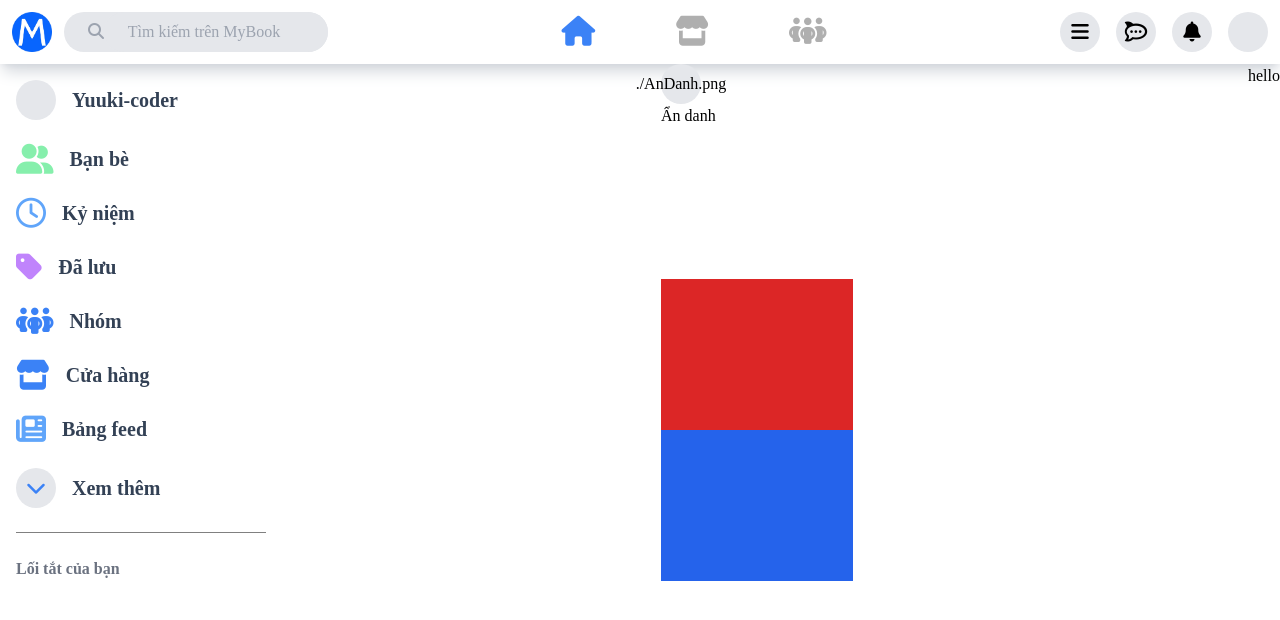
Repository: Yuukicoder/MyBook
Page: / (app in mybook/)
These files come from the project's save history. The page is drawn as it stood at one moment and after the next save; the edit follows.
The browser window is 1280 px wide. The pictures show the whole page.
The project was rebuilt for these pictures with package versions that can differ from the ones it lists, and the page was loaded fresh each time.

Above is the page before, as saved 2023-12-14 09:23:25.

### mybook/src/index.js
import React from 'react';
import ReactDOM from 'react-dom/client';
import './index.css';
import App from './App';
import reportWebVitals from './reportWebVitals';

const root = ReactDOM.createRoot(document.getElementById('root'));
root.render(
  <React.StrictMode >
  <App / >
  </React.StrictMode>
);

// If you want to start measuring performance in your app, pass a function
// to log results (for example: reportWebVitals(console.log))
// or send to an analytics endpoint. Learn more: https://bit.ly/CRA-vitals
reportWebVitals();

### mybook/src/index.css
@tailwind base;
@tailwind components;
@tailwind utilities;
  @import url('https://fonts.googleapis.com/css2?family=Arima:wght@100;200;300;400;500;700&display=swap');
*{
  margin: 0;
  padding: 0;
  box-sizing: border-box;
  font-family: Arima;
  /* border: 1px solid black; */
}
body{
  width: 100%;
  height: 100vh;
}

### mybook/src/App.js
import './App.css';
import '@fortawesome/fontawesome-free/css/all.min.css';
import Navbar from './Navbar'
import Option from './Option'
import News from './News';
import Friend_contact from './Friend_contact';
 var App = () =>
(
    <div class="">
        <Navbar/>
        <div class="flex justify-between">
        <Option name="Yuuki-coder"/>
        <News/>
        <Friend_contact/>
        </div>

    </div>
)

export default App;

### mybook/src/App.css
:root{
  --text-color: rgb(175, 175, 175);
  --bg-icon-color: #e5e7eb;
}
.avatar{
  width: 40px;
  height: 40px;
  background-color: var(--bg-icon-color);
  border-radius: 50%;
  display: flex;
  align-items: center;
  justify-content: center;
}

### mybook/src/Navbar.js
import './Navbar.css'
import '@fortawesome/fontawesome-free/css/all.min.css';

var Navbar = () =>(


    <div class="flex items-center justify-between  w-screen py-3 px-3  shadow-lg shadow-gray-300">
        <div class="flex">

    <div class="Navbar_icon pr-3">
        <img class="w-10 h-10" src='iconMyBook.png' alt=""></img>
    </div>
    <div class="Navbar_search h-10 bg-gray-200 rounded-3xl">
        <label class=" text-center h-full pl-6"for="">
    <i class="fa-solid fa-magnifying-glass text-gray-400" ></i>
        </label>

        <input class="rounded-3xl text-center h-full pr-6 bg-gray-200" type="text" placeholder="Tìm kiếm trên MyBook"></input>
        </div>

    </div>
    <div class="  Navbar_selection">
        <ul class="flex gap-20">
            <li>
            <i class="fa-solid fa-house text-blue-500"></i>
            </li>
            <li>
            <i class="fa-solid fa-store"></i>
            </li>
            <li> <i class="fa-solid fa-people-group"></i></li>
        </ul>
    </div>
    <div class="Navbar_option">
        <ul class="flex gap-4 items-center">
            <li>
            <div class="avatar">

                <i class="fa-solid fa-bars"></i>
            </div>
                </li>
            <li>
            <div class="avatar">

                <i class="fa-brands fa-rocketchat"></i>
            </div>
                </li>
            <li>
            <div class="avatar">

                <i class="fa-solid fa-bell"></i>
            </div>
                </li>
            <li><div class="avatar"></div></li>
        </ul>
    </div>
    </div>
)
export default Navbar;

### mybook/src/Option.js
import './Option.css'
// var ButtonCollapse = () =>{

//     var collapse = document.getElementById('collapse');
// }


var Option = (x) => {
    function sayHello(name) {
        alert(`hello, ${name}`);
      }

    return (
    <div class="mt-4 ml-4  grid gap-6">

    <div class="flex gap-4 items-center box ">
        <div class="avatar">
        </div>
        <p class="font-semibold text-xl text-slate-700">{x.name}</p>

    </div>
    <div class="flex gap-4 items-center box">
    <i class="fa-solid fa-user-group text-green-300"></i>
        <p class="font-semibold text-xl text-slate-700">Bạn bè</p>

    </div>
    <div class="flex gap-4 items-center box ">
    <i class="fa-regular fa-clock text-blue-400"></i>
        <p class="font-semibold text-xl text-slate-700">Kỷ niệm</p>

    </div>
    <div class="flex gap-4 items-center box ">
    <i class="fa-solid fa-tag text-purple-400"></i>
        <p class="font-semibold text-xl text-slate-700">Đã lưu</p>

    </div>
    <div class="flex gap-4 items-center box ">
    <i class="fa-solid fa-people-group text-blue-500"></i>
        <p class="font-semibold text-xl text-slate-700">Nhóm</p>

    </div>
    <div class="flex gap-4 items-center box ">
    <i class="fa-solid fa-store text-blue-500"></i>
        <p class="font-semibold text-xl text-slate-700">Cửa hàng</p>

    </div>
    <div class="flex gap-4 items-center box ">
        <i class="fa-solid fa-newspaper text-blue-400"></i>
        <p class="font-semibold text-xl text-slate-700">Bảng feed</p>

    </div>
    <div class="flex gap-4 items-center box " >
        <div class="avatar">
    <i class="fa-solid fa-chevron-down text-blue-500 "></i>
        </div>
        <button class="font-semibold text-xl text-slate-700" onclick={sayHello}>Xem thêm</button>

    </div>
    <div class="line"></div>
    <p class="text-base font-semibold text-gray-500">Lối tắt của bạn</p>
    </div>
)}
export default Option

### mybook/src/News.js
var Story_Page = (x) => (
    <div class="">
        <div class="avatar">{x.avatar||"./AnDanh.png"}</div>
        <div class="author ">{x.author||"Ẩn danh"}</div>
    </div>
    )
var News = () =>(
    <div class="grid">
        <div class="News_Story ">
            <div class="Story_Page w-48">
                <Story_Page></Story_Page>
            </div>
        </div>
        <div class="News_Tools bg-red-600"></div>
        <div class="News_Page bg-blue-600"></div>
    </div>

)
export default News;

### mybook/src/Friend_contact.js
var Friend_contact = () =>(
    <p>hello</p>
)
export default Friend_contact;

### mybook/src/Navbar.css
:root{
    --text-color: rgb(175, 175, 175);
    --bg-icon-color: #e5e7eb;
  }
  ul i{
  color: var(--text-color);
  font-size: 30px;
  }

  .Navbar_option ul li i{
    color: black;
  font-size: 20px;

  }

### mybook/src/Option.css

.box i{
    font-size: 30px;
}
.line{
    width: 250px;
    height: 1px;
    background-color: grey;
}
.avatar i{
    font-size: 20px;
}

### mybook/tailwind.config.js
/** @type {import('tailwindcss').Config} */
module.exports = {
  content: [
    "./src/**/*.{js,jsx,ts,tsx}",
  ],
  theme: {
    extend: {},
    color:{
      'text-grey':'#9ca9c9'
    }
  },
  plugins: [],
}

Loaded but not shown: mybook/public/index.html (common file); mybook/src/reportWebVitals.js (common file)

After the next save:
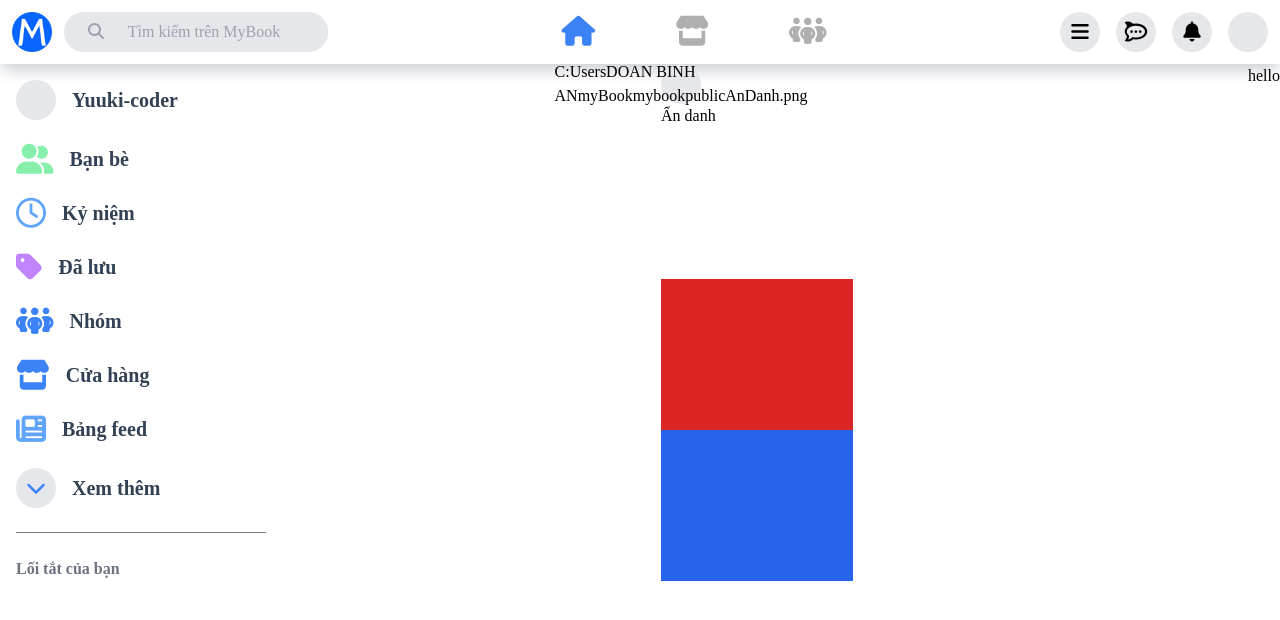
Saved 24 s later.
--- a/mybook/src/News.js
+++ b/mybook/src/News.js
@@ -1,6 +1,6 @@
 var Story_Page = (x) => (
     <div class="">
-        <div class="avatar">{x.avatar||"./AnDanh.png"}</div>
+        <div class="avatar">{x.avatar||"C:\Users\DOAN BINH AN\myBook\mybook\public\AnDanh.png"}</div>
         <div class="author ">{x.author||"Ẩn danh"}</div>
     </div>
     )
